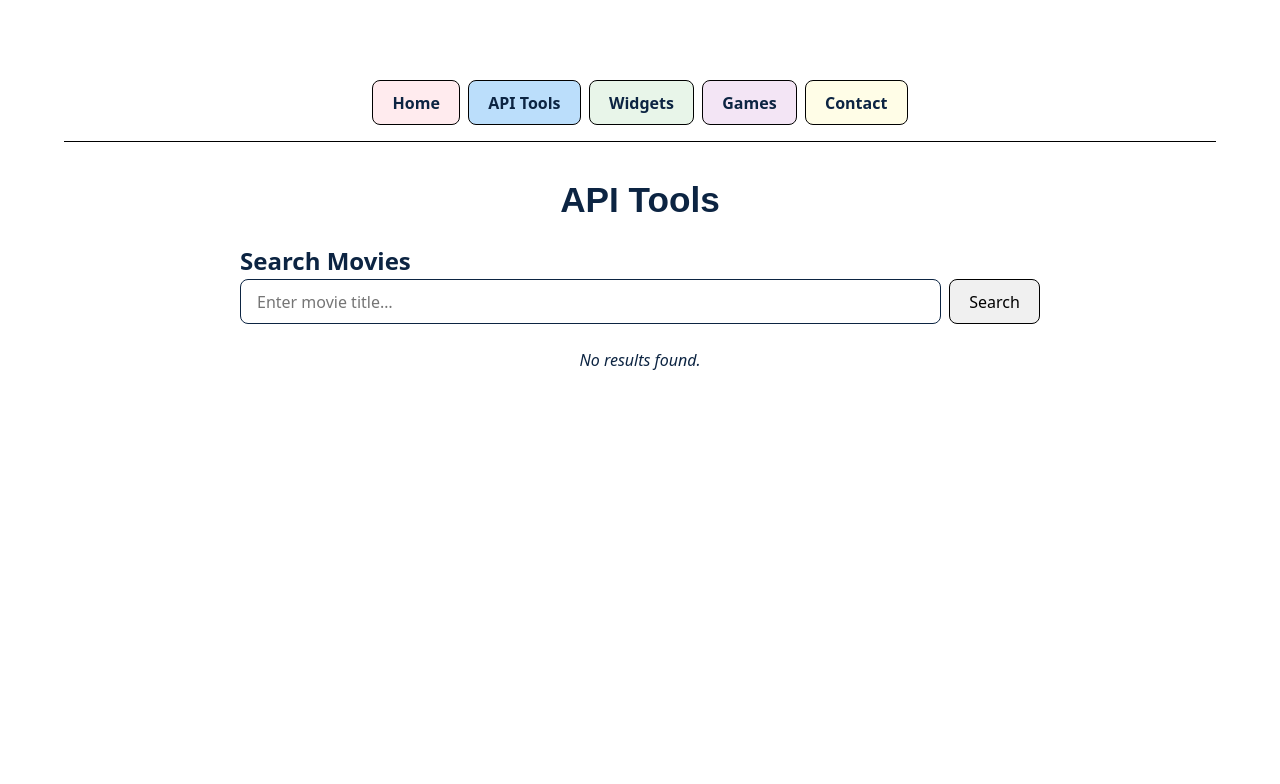
Repository: ourshadetree/TimPortfolio
Page: /api-tools
The author's editor kept a copy of each file at every save. The page is drawn from the files as they stood at one save, then again after the next save.
The browser window is 1280 px wide. The pictures show the whole page.
The page's requests for data from a server got no answer. The project was rebuilt for these pictures with package versions that can differ from the ones it lists, and the page was loaded fresh each time. No one was signed in, and anything a server would have sent is missing. Also part of the build but not shown: vite.config.js, src/views/HomeView.vue, src/views/Widgets.vue, src/views/Games.vue, src/views/Contact.vue.

Above is the page before, as saved 2025-05-07 13:45:20.

After the next save:
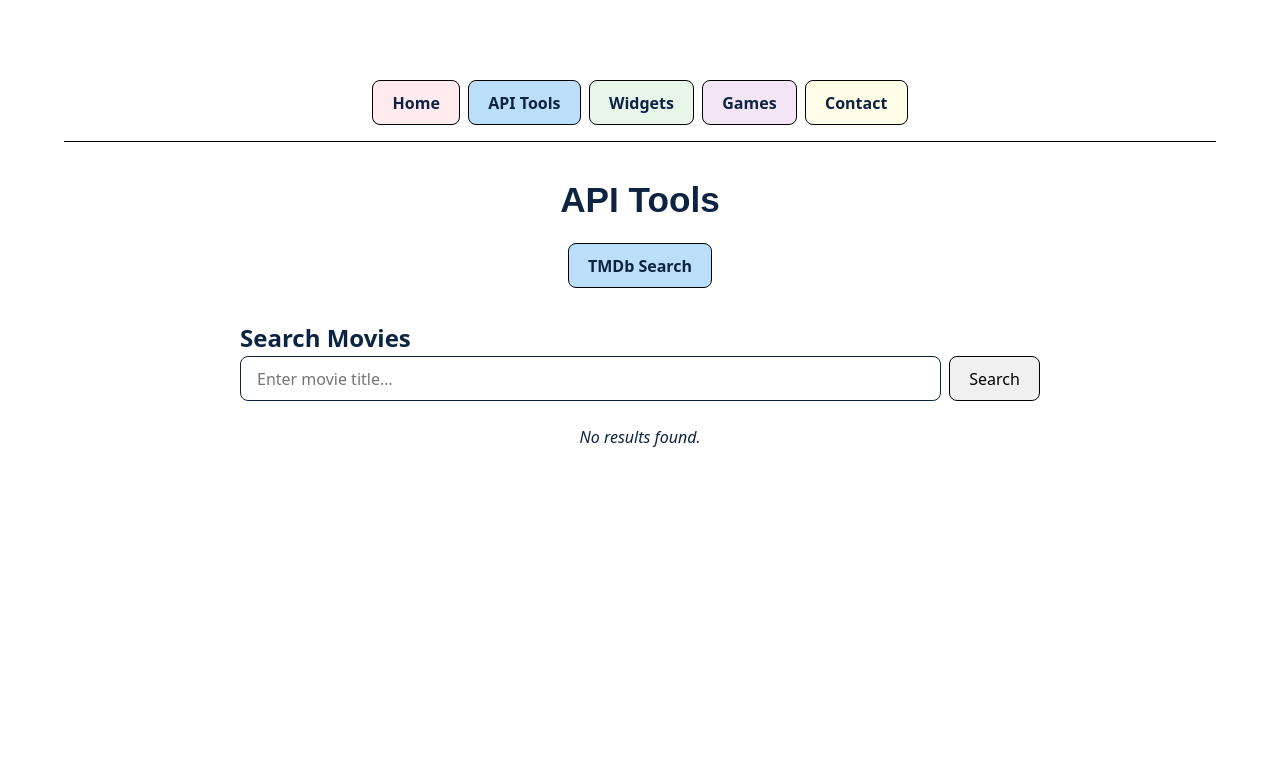
Saved 4 min 1 s later.
--- a/src/views/ApiTools.vue
+++ b/src/views/ApiTools.vue
@@ -1,14 +1,57 @@
 <!-- src/views/ApiTools.vue -->
 <template>
     <section>
-        <h1>API Tools</h1>
+      <h1>API Tools</h1>
+
+      <!-- Tab header -->
+      <nav>
+        <button
+          v-for="tool in tools"
+          :key="tool.name"
+          @click="currentTab = tool.name"
+          :class="['tab', tool.tabClass, { 'router-link-active': currentTab === tool.name }]"
+        >
+          {{ tool.name }}
+        </button>
+      </nav>
+
+      <!-- Dynamic tool output -->
+      <div class="tool-container">
+        <component :is="currentComponent" />
+      </div>
     </section>
-    <MovieApi />
-</template>
+  </template>
 
-<script setup>
-import MovieApi from '@/components/MovieApi.vue';
+  <script setup>
+  import { ref, computed } from 'vue'
+  import MovieApi from '@/components/MovieApi.vue'
+  // import OtherApiTool from '@/components/OtherApiTool.vue'
 
-</script>
+  const tools = [
+    { name: 'TMDb Search', component: MovieApi, tabClass: 'tab--api' },
+    // { name: 'Other Tool', component: OtherApiTool, tabClass: 'tab--widgets' },
+  ]
 
-<style scoped></style>
+  // start on the first tool
+  const currentTab = ref(tools[0].name)
+
+  // lookup the component to render
+  const currentComponent = computed(() => {
+    const sel = tools.find(t => t.name === currentTab.value)
+    return sel ? sel.component : null
+  })
+  </script>
+
+  <style scoped>
+  nav {
+    margin: 1rem 0;
+    display: flex;
+    justify-content: center;
+    gap: 0.5rem;
+  }
+
+  .tool-container {
+    /* give some breathing room under your tabs */
+    padding-top: 1rem;
+  }
+  </style>
